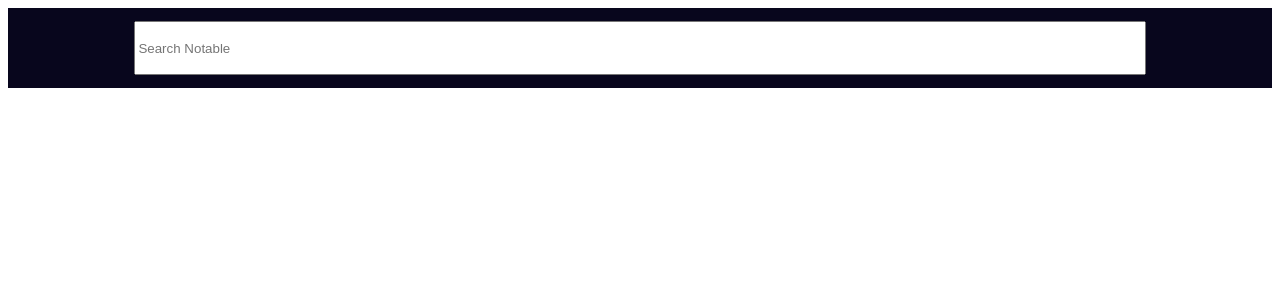
Repository: cvsschaitanya/test
Page: /
An editor plug-in stored every save of this project. The page is shown before and after the next save, followed by the edit.
The browser window is 1280 px wide. The pictures show the whole page.
The project was rebuilt for these pictures with package versions that can differ from the ones it lists, and the page was loaded fresh each time.

Above is the page before, as saved 2021-10-21 01:23:23.

### src/App.js
import NavBar from "./components/Navbar";

function App() {
	return (
		<div
			style={{
				width: "100%",
				height: "100%",
				backgroundColor: "grey",
			}}
		>
			<NavBar link={{}} />
		</div>
	);
}

export default App;

### src/components/Navbar.jsx
import React, { useState } from "react";
import "./NavBar.css";

import HighlightOffIcon from "@material-ui/icons/HighlightOff";
import ReorderIcon from "@material-ui/icons/Reorder";
import SearchIcon from "@material-ui/icons/Search";

function NavBar({ link }) {
	const menuItems = [
		"Marketplace",
		"Stats",
		"Guid",
		"Blog",
		"Profile",
		"Community",
		"Tokenomics",
		"About",
	];

	const [showLinks, setShowLinks] = useState(false);
	const [showSearchBar, setshowSearchBar] = useState(true);

	return (
		<div className="NavBar">
			{showSearchBar ? (
				<div className="SearchBar">
					<input type="text" placeholder="Search Notable" />
				</div>
			) : (
				<React.Fragment>
					<div className="Home">NOTABLE</div>
					<div className="Right">
						<button>
							<SearchIcon fontSize="large" />
						</button>
						{showLinks ? (
							<div className="links">
								{menuItems.map((item) => (
									<a href={link[item] || "/"}>{item}</a>
								))}
							</div>
						) : null}
						<button onClick={() => setShowLinks(!showLinks)}>
							{showLinks ? (
								<HighlightOffIcon fontSize="large" />
							) : (
								<ReorderIcon fontSize="large" />
							)}
						</button>
					</div>
				</React.Fragment>
			)}
		</div>
	);
}

export default NavBar;

### src/components/NavBar.css
button:hover {
	cursor: pointer;
}

.NavBar button {
	background-color: Transparent;
	border: none;
}

.NavBar {
	background-color: rgb(8, 6, 29);
	width: 100%;
	height: 80px;
	position: relative;
	display: flex;
}

.NavBar .SearchBar {
	margin: auto;
	width: 80%;
	height: 60%;
	display: flex;
	justify-content: center;
	align-items: center;
}

.NavBar .SearchBar input {
	width: 100%;
	height: 100%;
	display: flex;
	justify-content: center;
	align-items: center;
}

.NavBar .Home {
	color: black;
	font-size: 40px;
	font-family: "Courier New", Courier, monospace;
	font-weight: bold;
	margin-left: 15px;
	height: 100%;
	display: flex;
	justify-content: center;
	align-items: center;
}

.NavBar .Right {
	flex: 50%;
	display: flex;
	justify-content: right;
	margin-right: 10px;
	align-items: center;
}

.NavBar .Right .links {
	position: absolute;
	left: 0px;
	top: 80px;
	width: 100%;
	background-color: white;
	display: flex;
	flex-direction: column;
}

.NavBar .Right .links a {
	text-decoration: none;
	color: black;
	font-size: 25px;
	font-family: Arial, Helvetica, sans-serif;
	margin: 15px;
}

Loaded but not shown: public/index.html (common file); src/index.js (common file)

After the next save:
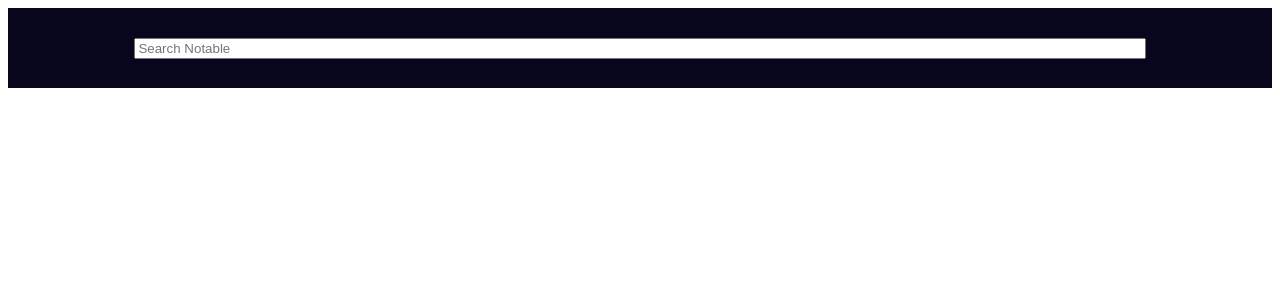
Saved 8 s later.
--- a/src/components/NavBar.css
+++ b/src/components/NavBar.css
@@ -18,7 +18,6 @@ button:hover {
 .NavBar .SearchBar {
 	margin: auto;
 	width: 80%;
-	height: 60%;
 	display: flex;
 	justify-content: center;
 	align-items: center;
